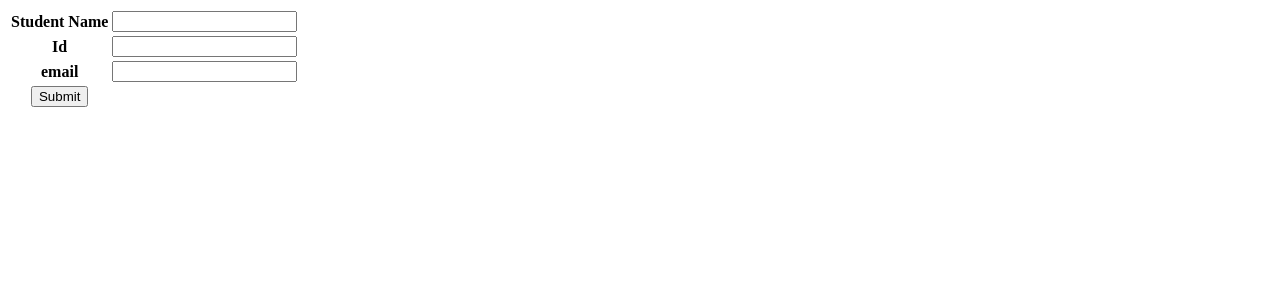
Repository: sisbhumi/LearnersAcademyApp
Page: BackendAdmin/src/main/webapp/addStudent.html
The author's editor kept a copy of each file at every save. The page is drawn from the files as they stood at one save, then again after the next save.
The browser window is 1280 px wide. The pictures show the whole page.

Above is the page before, as saved 2023-03-27 18:08:12.

After the next save:
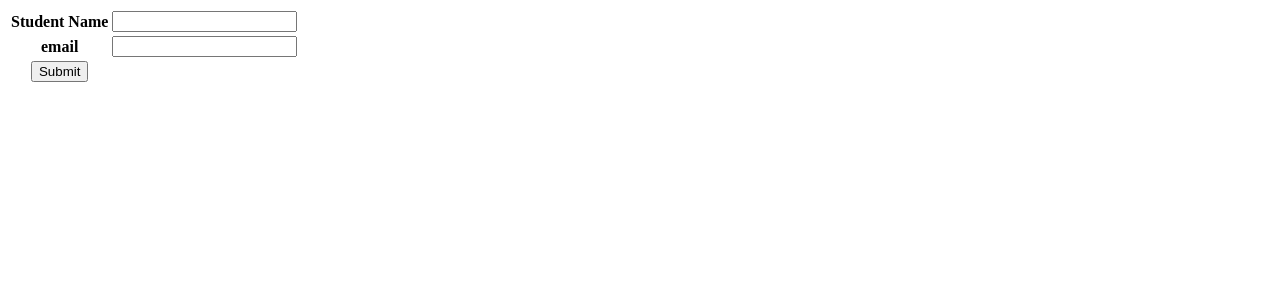
Saved 56 s later.
--- a/BackendAdmin/src/main/webapp/addStudent.html
+++ b/BackendAdmin/src/main/webapp/addStudent.html
@@ -11,10 +11,7 @@
 				<th>Student Name</th>
 				<th><input type="text" name="stu_name" /></th>
 			</tr>
-			<tr>
-				<th>Id</th>
-				<th><input type="text" name="id" /></th>
-			</tr>
+
 			<tr>
 				<th>email</th>
 				<th><input type="email" name="stu_email" /></th>
